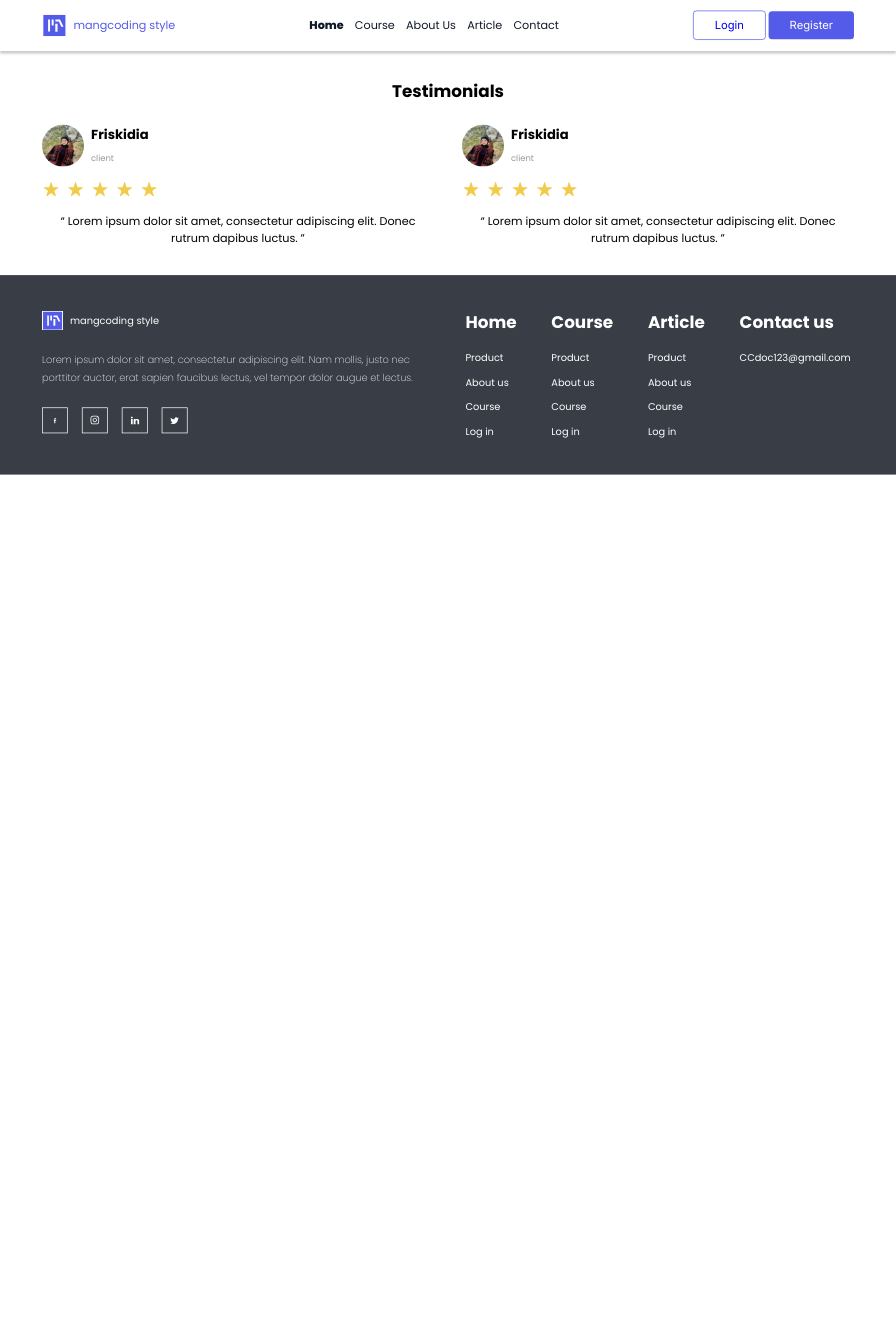
Repository: Dania-Alqam/landing-page
Page: index.html
An editor plug-in stored every save of this project. The page is shown before and after the next save, followed by the edit.
The browser window is 1280 px wide. The pictures show the part of the page from y = 0 to 1920 px (the page is 5000 px tall), at 70% of full size.

Above is the page before, as saved 2024-06-22 16:41:02.

### index.html
<!DOCTYPE html>
<html lang="en">

<head>
    <meta charset="UTF-8" />
    <meta name="viewport" content="width=device-width, initial-scale=1.0" />
    <title>Document</title>
    <link rel="stylesheet" href="./assests/css/main.css" />
</head>

<body>
    <header class="header">
        <div class="container">
            <div class="row">
                <div class="logo">
                    <img src="./assests/images/public/Logo.svg" alt="logo" />
                    <a href="#">mangcoding style</a>
                </div>
                <nav class="nav">
                    <ul>
                        <li>
                            <a href="#" class="active">Home</a>
                        </li>
                        <li>
                            <a href="#">Course</a>
                        </li>
                        <li>
                            <a href="#">About Us</a>
                        </li>
                        <li>
                            <a href="#">Article</a>
                        </li>
                        <li>
                            <a href="#">Contact</a>
                        </li>
                    </ul>
                </nav>
                <div class="auth">
                    <a href="#">Login</a>
                    <a href="#">Register</a>
                </div>
            </div>
        </div>
    </header>

    <main>
        <section class="testimonials">
            <h2>
                Testimonials
            </h2>
            <div class="container">
                <div class="row">
                    <div class="testimonial">
                        <div class="user-info">
                            <img src="assests/images/clients/client1.jpeg"/>
                            <div class="user-data">
                                <h3>Friskidia</h3>
                                <span>client</span>
                            </div>
                        </div>
                        <div class="ratings">
                            <img src="./assests/images/public/Star.svg" alt="stars"/>
                            <img src="./assests/images/public/Star.svg" alt="stars"/>
                            <img src="./assests/images/public/Star.svg" alt="stars"/>
                            <img src="./assests/images/public/Star.svg" alt="stars"/>
                            <img src="./assests/images/public/Star.svg" alt="stars"/>

                        </div>
                        <blockquote>
                            <q>
                                Lorem ipsum dolor sit amet, consectetur adipiscing elit. Donec rutrum dapibus luctus.
                            </q>
                        </blockquote>
                    </div>
                    <div class="testimonial">
                        <div class="user-info">
                            <img src="assests/images/clients/client1.jpeg"/>
                            <div class="user-data">
                                <h3>Friskidia</h3>
                                <span>client</span>
                            </div>
                        </div>
                        <div class="ratings">
                            <img src="./assests/images/public/Star.svg" alt="stars"/>
                            <img src="./assests/images/public/Star.svg" alt="stars"/>
                            <img src="./assests/images/public/Star.svg" alt="stars"/>
                            <img src="./assests/images/public/Star.svg" alt="stars"/>
                            <img src="./assests/images/public/Star.svg" alt="stars"/>

                        </div>
                        <blockquote>
                            <q>
                                Lorem ipsum dolor sit amet, consectetur adipiscing elit. Donec rutrum dapibus luctus.
                            </q>
                        </blockquote>
                    </div>
                </div>
            </div>

        </section>
    </main>
    <footer class="footer">
        <div class="container">
            <div class="row">
                <div class="footer-start">
                    <div class="logo">
                        <img src="./assests/images/public/Logo.svg" alt="logo" />
                        <a href="#">mangcoding style</a>
                    </div>
                    <p>
                        Lorem ipsum dolor sit amet, consectetur adipiscing elit. Nam
                        mollis, justo nec porttitor auctor, erat sapien faucibus lectus,
                        vel tempor dolor augue et lectus.
                    </p>
                    <div class="icons">
                        <a href="#"><img src="./assests/images/public/facebok.svg" /></a>
                        <a href="#"><img src="./assests/images/public/instagram.svg" /></a>
                        <a href="#"><img src="./assests/images/public/linkedin.svg" /></a>
                        <a href="#"><img src="./assests/images/public/twitter.svg" /></a>
                    </div>
                </div>
                <div class="footer-end">
                    <div class="row">
                        <div class="footer-item">
                            <h2>
                                Home
                            </h2>
                            <ul>
                                <li>
                                    <a href="#">Product</a>
                                </li>
                                <li>
                                    <a href="#">About us</a>
                                </li>
                                <li>
                                    <a href="#">Course</a>
                                </li>
                                <li>
                                    <a href="#">Log in</a>
                                </li>
                            </ul>
                        </div>
                        <div class="footer-item">
                            <h2>
                                Course
                            </h2>
                            <ul>
                                <li>
                                    <a href="#">Product</a>
                                </li>
                                <li>
                                    <a href="#">About us</a>
                                </li>
                                <li>
                                    <a href="#">Course</a>
                                </li>
                                <li>
                                    <a href="#">Log in</a>
                                </li>
                            </ul>
                        </div>
                        <div class="footer-item">
                            <h2>
                                Article
                            </h2>
                            <ul>
                                <li>
                                    <a href="#">Product</a>
                                </li>
                                <li>
                                    <a href="#">About us</a>
                                </li>
                                <li>
                                    <a href="#">Course</a>
                                </li>
                                <li>
                                    <a href="#">Log in</a>
                                </li>
                            </ul>
                        </div>
                        <div class="footer-item">
                            <h2>
                                Contact us
                            </h2>
                            <ul>
                                <li>
                                    <a href="#">CCdoc123@gmail.com</a>
                                </li>

                        </div>
                    </div>
                </div>
            </div>
        </div>
    </footer>
</body>

</html>

### assests/css/main.css
@import url(./public.css);

/* start header */
.header {
  position: sticky;
  top: 0;
  box-shadow: 0px 4px 4px rgba(0, 0, 0, 0.25);
  padding: 20px 0;
  background-color: #fff;
}

.nav ul {
  display: flex;
  flex-wrap: wrap;
  gap: 16px;
}
.header .logo {
  display: flex;
  flex-wrap: wrap;
  align-items: center;
  gap: 10px;
}
.header .logo img {
  width: 35px;
}

.header .logo a {
  color: var(--mainColor);
}

.header .nav a {
  color: #101928;
}

.header .nav a:hover {
  color: var(--mainColor);
}
/* For the home bold*/
.active {
  font-weight: 800;
}
/* common properities*/
.header .auth a {
  font-family: var(--subFont);
  padding: 10px 30px;
  border-radius: 5px;
}
.header .auth a:first-of-type {
  border: 1px solid var(--mainColor);
}
.header .auth a:last-of-type {
  background-color: var(--mainColor);
  color: white;
}
@media (max-width: 900px) {
  .header .nav {
    display: none;
  }
}
/* end header */

/* start testemonials*/
.testimonials {
  text-align: center;
  padding: 40px 0;
}
.testimonials .row {
  gap: 40px;
}

.testimonials h2 {
  margin-bottom: 30px;
}
.testimonial {
  display: flex;
  flex-direction: column;
  gap: 20px;
  align-items: flex-start;
  width: calc((100% - 40px) / 2);
}
.testimonial .user-info img {
  width: 60px;
  height: 60px;
  border-radius: 50%;
}

.testimonial .user-info {
  display: flex;
  flex-wrap: wrap;
  gap: 10px;
}
.testimonial .user-info .user-data {
  display: flex;
  flex-direction: column;
  gap: 10px;
  flex-wrap: wrap;
  align-items: start;
}

.testimonial .user-info .user-data span {
  font-size: 12px;
  color: #969696;
}

.testimonial .ratings {
  display: flex;
  flex-wrap: wrap;
  gap: 10px;
}

.testimonial q{

}
/* start footer */
.footer {
  background-color: #393e46;
  padding: 50px 0;
}

.footer a,
.footer h2 {
  color: #fff;
}

.footer .footer-start,
.footer .footer-end {
  width: calc((100% - 40px) / 2);
}

.footer .row {
  gap: 40px;
}

.footer .footer-start {
  display: flex;
  flex-direction: column;
  gap: 30px;
  flex-wrap: wrap;
}

.footer .footer-start .logo {
  display: flex;
  flex-wrap: wrap;
  gap: 10px;
  align-items: center;
}
.footer .footer-start .logo img {
  width: 30px;
}
.footer .footer-start .logo a {
  font-size: 14px;
}
.footer .footer-start p {
  color: #f4f4f4;
  line-height: 25px;
  font-size: 14px;
  font-weight: 200;
}
.footer .footer-start .icons {
  display: flex;
  flex-wrap: wrap;
  gap: 20px;
}
.footer .footer-start .icons img {
  width: 15px;
  height: 15px;
  border: 1px solid #fff;
  padding: 10px;
  box-sizing: content-box;
}

.footer-end .row {
  align-items: start;
  justify-content: space-around;
}
.footer-end .footer-item {
  display: flex;
  flex-direction: column;
  flex-wrap: wrap;
  gap: 20px;
}
.footer-end .footer-item ul {
  display: flex;
  flex-direction: column;
  flex-wrap: wrap;
  gap: 10px;
}
.footer-end .footer-item a {
  font-size: 14px;
}

/* end footer */

### assests/images/public/Star.svg
<svg width="25" height="25" viewBox="0 0 10 9" fill="none" xmlns="http://www.w3.org/2000/svg">
<path d="M5.00313 0.422667C5.06478 0.232942 5.33319 0.232942 5.39483 0.422668L6.26237 3.09266C6.28994 3.17751 6.36901 3.23496 6.45822 3.23496H9.26562C9.46511 3.23496 9.54805 3.49023 9.38666 3.60749L7.11543 5.25764C7.04325 5.31007 7.01305 5.40302 7.04062 5.48787L7.90815 8.15787C7.9698 8.34759 7.75265 8.50536 7.59126 8.3881L5.32003 6.73796C5.24785 6.68552 5.15012 6.68552 5.07794 6.73796L2.80671 8.3881C2.64532 8.50536 2.42817 8.34759 2.48981 8.15787L3.35735 5.48787C3.38492 5.40302 3.35472 5.31007 3.28254 5.25764L1.01131 3.60749C0.849916 3.49023 0.93286 3.23496 1.13235 3.23496H3.93975C4.02896 3.23496 4.10803 3.17751 4.1356 3.09266L5.00313 0.422667Z" fill="#F1CC4A"/>
</svg>

### assests/css/public.css
@import url('https://fonts.googleapis.com/css2?family=Poppins:ital,wght@0,100;0,200;0,300;0,400;0,500;0,600;0,700;0,800;0,900;1,100;1,200;1,300;1,400;1,500;1,600;1,700;1,800;1,900&display=swap');
@import url('https://fonts.googleapis.com/css2?family=Inter:wght@100..900&display=swap');

*{
    margin: 0;
    padding: 0;
    box-sizing: border-box;
}
:root{
    --mainFont: "Poppins", sans-serif;
    --subFont:  "Inter", sans-serif;
    --mainColor: #545BE8;

}
body{
    font-family: var(--mainFont);
    height: 5000px;
}
a{
    text-decoration: none;
}
ul{
    list-style: none;
}
.row{
    display: flex;
    justify-content: space-between;
    align-items: center;
    flex-wrap: wrap;

}

.container{
    /* width from figma is 60px from each side*/
    width: calc(100% - 120px);
    margin: auto;
}

After the next save:
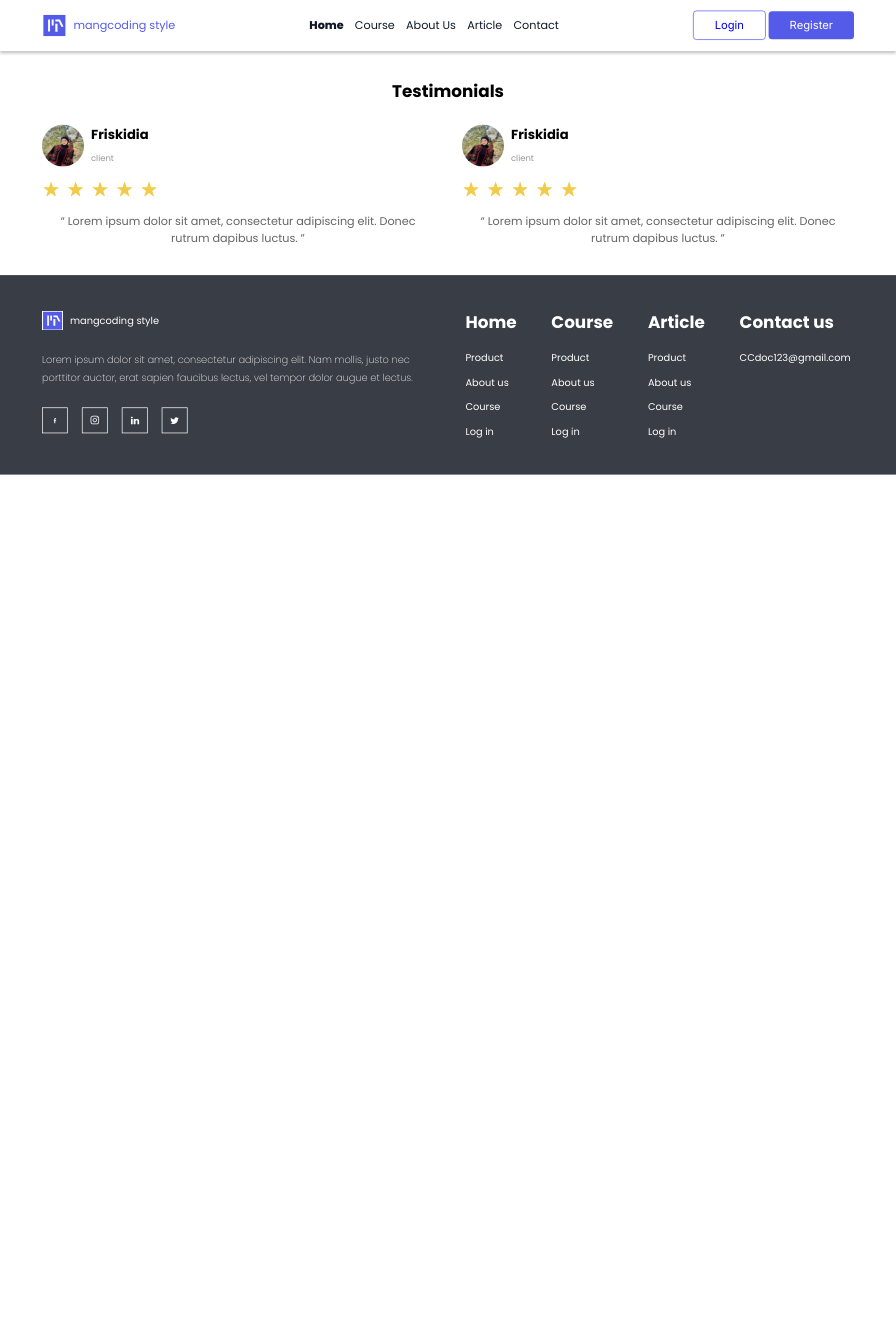
Saved 6 s later.
--- a/assests/css/main.css
+++ b/assests/css/main.css
@@ -109,7 +109,7 @@
 }
 
 .testimonial q{
-
+    color: #646464;
 }
 /* start footer */
 .footer {
